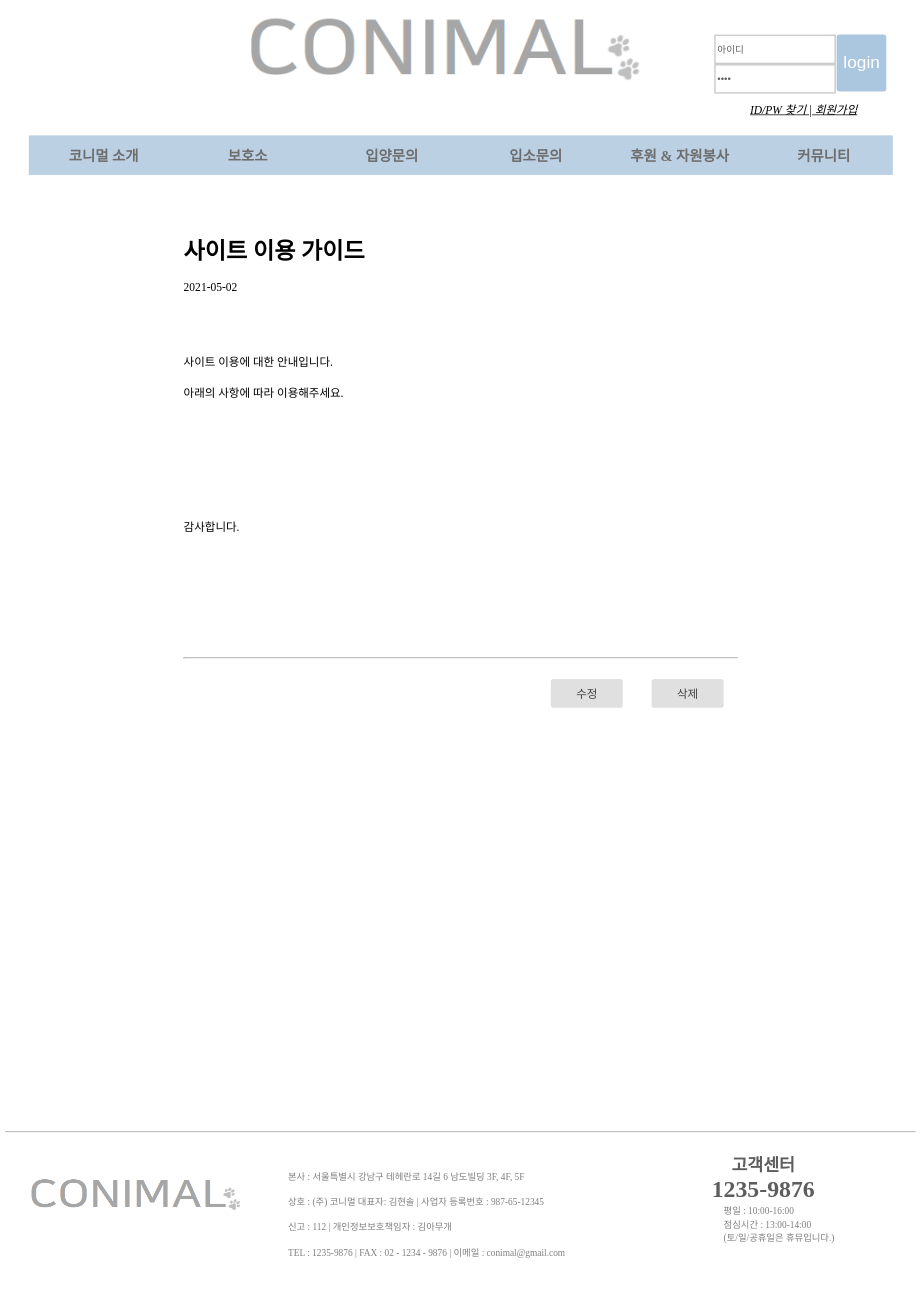
Repository: rlagusthf12/SemiProject
Page: http://localhost/jspProject/
The author's editor kept a copy of each file at every save. The page is drawn from the files as they stood at one save, then again after the next save.
The browser window is 1280 px wide. The pictures show the whole page, at 72% of full size.
The page is served by Tomcat 9.

Above is the page before, as saved 2021-05-18 10:18:35.

After the next save:
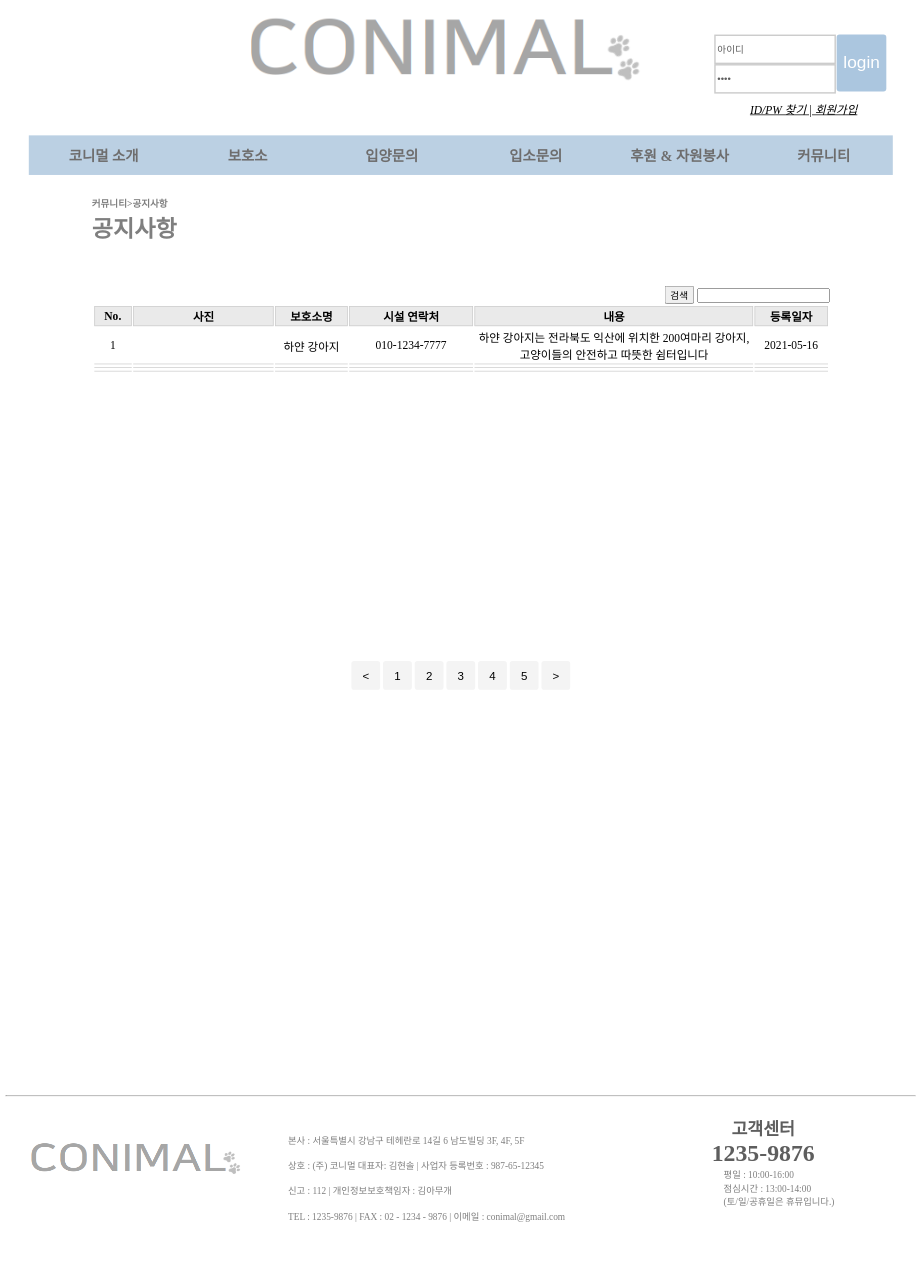
Saved 30 s later.
--- a/jspProject/WebContent/index.jsp
+++ b/jspProject/WebContent/index.jsp
@@ -9,7 +9,7 @@
 <body>
 
 
-	<%@ include file="views/notice/noticeDetail.jsp" %>
+	<%@ include file="views/support/support.jsp" %>
 
 
 
